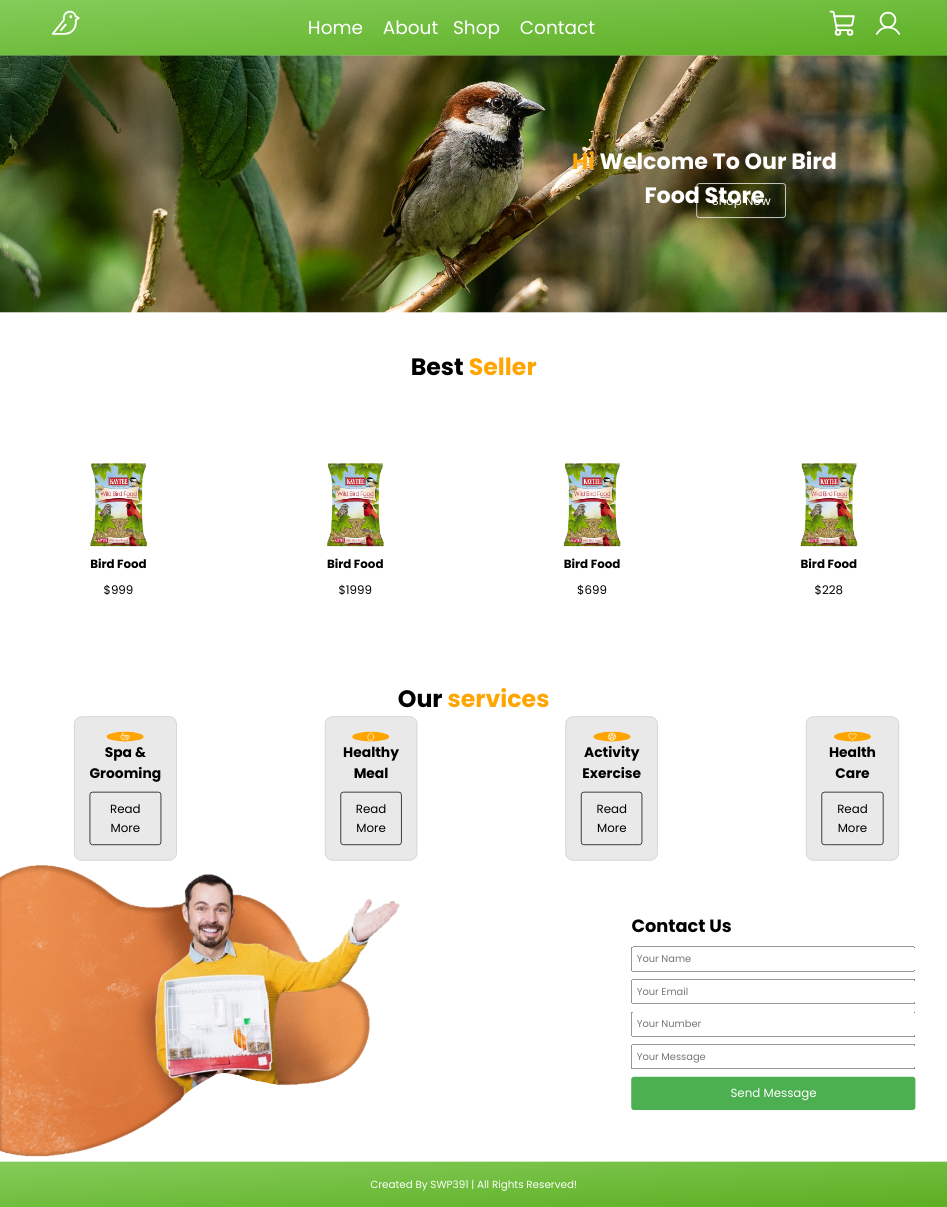
Repository: Vuhainam64/SWP391
Page: /home (app in React/swp391-app/)
The author's editor kept a copy of each file at every save. The page is drawn from the files as they stood at one save, then again after the next save.
The browser window is 1280 px wide. The pictures show the whole page, at 74% of full size.
The project was rebuilt for these pictures with package versions that can differ from the ones it lists, and the page was loaded fresh each time. Also part of the build but not shown: React/swp391-app/src/pages/register/register.jsx, React/swp391-app/src/pages/about/about.jsx, React/swp391-app/src/pages/shop/product.jsx, React/swp391-app/src/pages/shop/shop.jsx, React/swp391-app/src/pages/contact/contact.jsx, React/swp391-app/src/pages/cart/cart-item.jsx, React/swp391-app/src/pages/cart/cart.css, React/swp391-app/src/pages/cart/cart.jsx.

Above is the page before, as saved 2023-06-02 19:47:12.

After the next save:
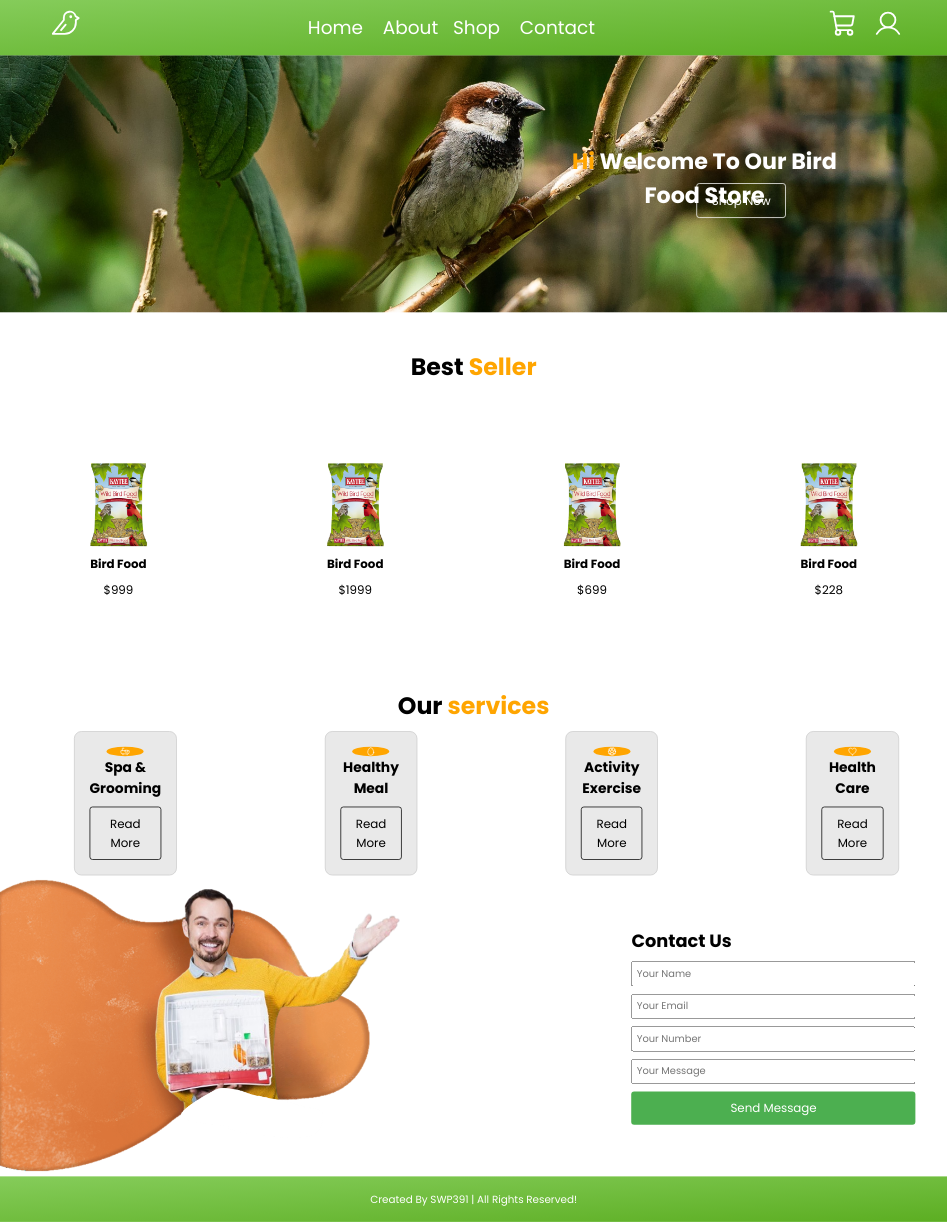
Saved 3 min 38 s later.
--- a/React/swp391-app/src/pages/home/home.css
+++ b/React/swp391-app/src/pages/home/home.css
@@ -139,7 +139,9 @@
   gap: 10px;
 }
 
-
+.our-services-title {
+  padding: 10px;
+}
 
 .home-contact-form input,
 .home-contact-form textarea {
